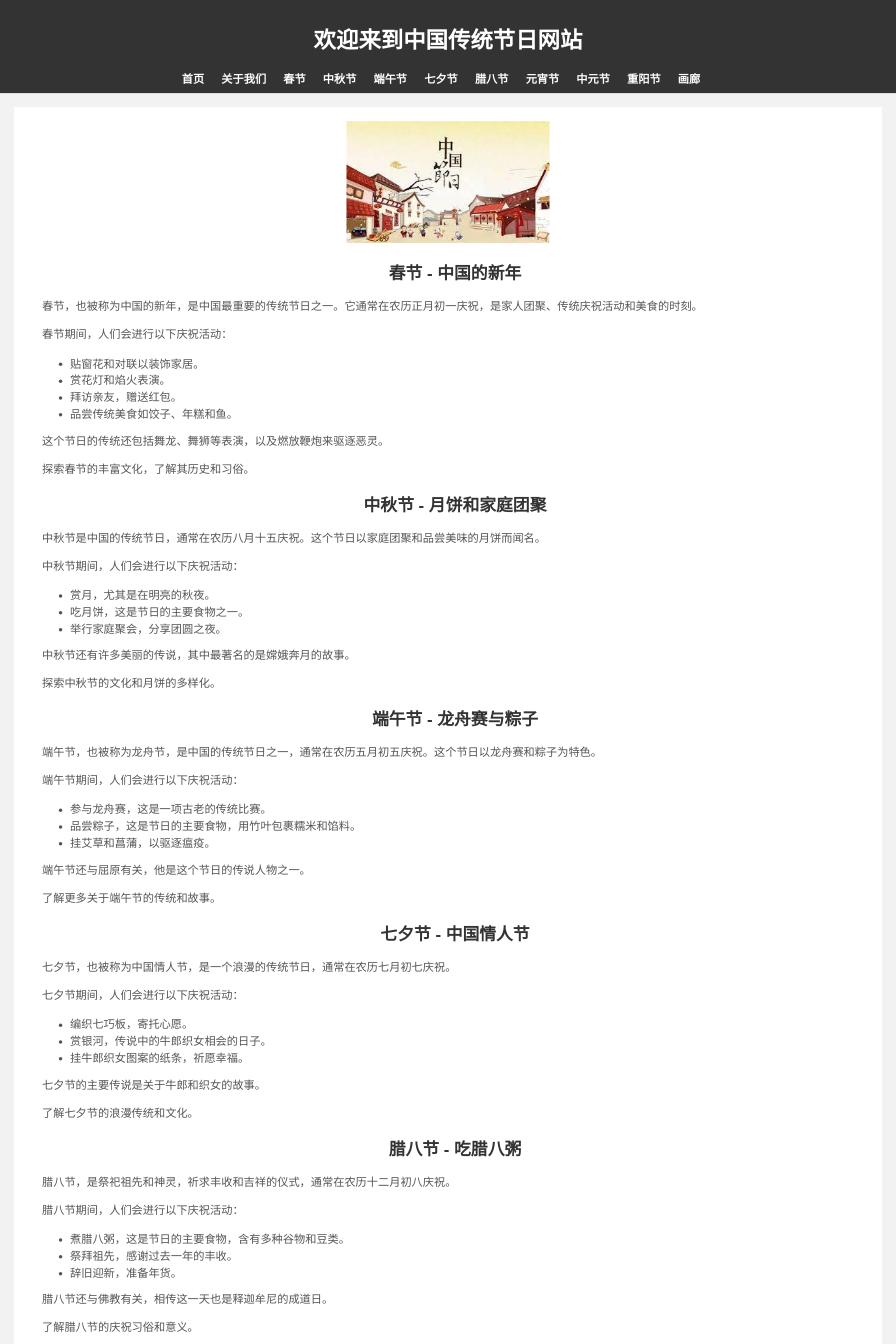
Repository: XueJie1/computer-operation-basics
Page: pages/gallery.html
These files come from the project's save history. The page is drawn as it stood at one moment and after the next save; the edit follows.
The browser window is 1280 px wide. The pictures show the part of the page from y = 0 to 1920 px (the page is 2965 px tall before and 720 px after), at 70% of full size.

Above is the page before, as saved 2023-09-04 17:40:42.

### pages/gallery.html
<!DOCTYPE html>
<html lang="zh-CN">

<head>
    <meta charset="UTF-8">
    <meta name="viewport" content="width=device-width, initial-scale=1.0">
    <title>画廊 —— 中国传统节日</title>
    <link rel="stylesheet" type="text/css" href="../css/styles.css" />
    <script src="https://cdn.bootcdn.net/ajax/libs/jquery/3.6.4/jquery.js"></script>
</head>

<body>
    <header>
        <h1>欢迎来到中国传统节日网站</h1>
        <nav>
            <ul>
                <li><a href="index.html">首页</a></li>
                <li><a href="about.html">关于我们</a></li>
                <li><a href="./springfes/springfestival.html">春节</a></li>
                <li><a href="./midautumn/midautumnfestival.html">中秋节</a></li>
                <li><a href="./dragonboatfes/dragonboatfestival.html">端午节</a></li>
                <li><a href="./qixifes/qixifestival.html">七夕节</a></li>
                <li><a href="./labafes/labafestival.html">腊八节</a></li>
                <li><a href="./lanternfes/lanternfestival.html">元宵节</a></li>
                <li><a href="./hungryghostfes/hungryghostfestival.html">中元节</a></li>
                <li><a href="./doubleninthfes/doubleninthfestival.html">重阳节</a></li>
                <li><a href="#">画廊</a></li>
            </ul>
        </nav>
    </header>
    <main>
        <div class="banner">
            <img src="./img/banner.jpeg">
        </div>
        <section id="spring-festival">
            <h2>春节 - 中国的新年</h2>
            <p>春节，也被称为中国的新年，是中国最重要的传统节日之一。它通常在农历正月初一庆祝，是家人团聚、传统庆祝活动和美食的时刻。</p>
            <p>春节期间，人们会进行以下庆祝活动：</p>
            <ul>
                <li>贴窗花和对联以装饰家居。</li>
                <li>赏花灯和焰火表演。</li>
                <li>拜访亲友，赠送红包。</li>
                <li>品尝传统美食如饺子、年糕和鱼。</li>
            </ul>
            <p>这个节日的传统还包括舞龙、舞狮等表演，以及燃放鞭炮来驱逐恶灵。</p>
            <p>探索春节的丰富文化，了解其历史和习俗。</p>
        </section>

        <section id="mid-autumn-festival">
            <h2>中秋节 - 月饼和家庭团聚</h2>
            <p>中秋节是中国的传统节日，通常在农历八月十五庆祝。这个节日以家庭团聚和品尝美味的月饼而闻名。</p>
            <p>中秋节期间，人们会进行以下庆祝活动：</p>
            <ul>
                <li>赏月，尤其是在明亮的秋夜。</li>
                <li>吃月饼，这是节日的主要食物之一。</li>
                <li>举行家庭聚会，分享团圆之夜。</li>
            </ul>
            <p>中秋节还有许多美丽的传说，其中最著名的是嫦娥奔月的故事。</p>
            <p>探索中秋节的文化和月饼的多样化。</p>
        </section>

        <section id="dragon-boat-festival">
            <h2>端午节 - 龙舟赛与粽子</h2>
            <p>端午节，也被称为龙舟节，是中国的传统节日之一，通常在农历五月初五庆祝。这个节日以龙舟赛和粽子为特色。</p>
            <p>端午节期间，人们会进行以下庆祝活动：</p>
            <ul>
                <li>参与龙舟赛，这是一项古老的传统比赛。</li>
                <li>品尝粽子，这是节日的主要食物，用竹叶包裹糯米和馅料。</li>
                <li>挂艾草和菖蒲，以驱逐瘟疫。</li>
            </ul>
            <p>端午节还与屈原有关，他是这个节日的传说人物之一。</p>
            <p>了解更多关于端午节的传统和故事。</p>
        </section>

        <section id="qixi-festival">
            <h2>七夕节 - 中国情人节</h2>
            <p>七夕节，也被称为中国情人节，是一个浪漫的传统节日，通常在农历七月初七庆祝。</p>
            <p>七夕节期间，人们会进行以下庆祝活动：</p>
            <ul>
                <li>编织七巧板，寄托心愿。</li>
                <li>赏银河，传说中的牛郎织女相会的日子。</li>
                <li>挂牛郎织女图案的纸条，祈愿幸福。</li>
            </ul>
            <p>七夕节的主要传说是关于牛郎和织女的故事。</p>
            <p>了解七夕节的浪漫传统和文化。</p>
        </section>

        <section id="laba-festival">
            <h2>腊八节 - 吃腊八粥</h2>
            <p>腊八节，是祭祀祖先和神灵，祈求丰收和吉祥的仪式，通常在农历十二月初八庆祝。</p>
            <p>腊八节期间，人们会进行以下庆祝活动：</p>
            <ul>
                <li>煮腊八粥，这是节日的主要食物，含有多种谷物和豆类。</li>
                <li>祭拜祖先，感谢过去一年的丰收。</li>
                <li>辞旧迎新，准备年货。</li>
            </ul>
            <p>腊八节还与佛教有关，相传这一天也是释迦牟尼的成道日。</p>
            <p>了解腊八节的庆祝习俗和意义。</p>
        </section>
        <section id="yuanxiao-festival">
            <h2>元宵节 - 灯彩和汤圆的节日</h2>
            <p>元宵节是中国的传统节日，通常在农历正月十五庆祝。这一天标志着春节的结束，人们以各种方式庆祝。</p>
            <p>元宵节期间，人们会进行以下庆祝活动：</p>
            <ul>
                <li>赏花灯，各种精美的灯彩装饰城市和家庭。</li>
                <li>品尝汤圆，这是节日的主要食物，由糯米制成，象征团圆。</li>
                <li>举行游灯游花灯的游行，增添了节日的热闹氛围。</li>
            </ul>
            <p>元宵节还有关于祭月和爱情的传说，其中最著名的是牛郎织女的故事。</p>
            <p>探索元宵节的文化和传统，了解其背后的含义。</p>
        </section>
        <section id="zhongyuan-festival">
            <h2>中元节 - 鬼节和祭祀</h2>
            <p>中元节，又称为鬼节，是中国的传统节日，通常在农历七月十五庆祝。这一天人们祭祀祖先和亡灵，以平抚鬼魂的怨恨。</p>
            <p>中元节期间，人们会进行以下庆祝活动：</p>
            <ul>
                <li>举行祭祀仪式，供奉亡灵和祖先的祭品，以示尊敬和纪念。</li>
                <li>点燃纸钱和纸供品，以供给亡灵在阴间使用。</li>
                <li>观赏传统的戏曲和舞蹈表演，以供娱乐亡灵。</li>
            </ul>
            <p>中元节的传统与对祖先的尊敬和鬼魂的关怀有关，体现了中国文化中的尊敬与敬畏之情。</p>
            <p>了解更多关于中元节的仪式和习俗。</p>
        </section>
        <section id="chongyang-festival">
            <h2>重阳节 - 登高祈寿</h2>
            <p>重阳节是中国的传统节日，通常在农历九月九庆祝。这个节日被视为阳气最旺盛的时候，人们会庆祝生命的长寿和幸福。</p>
            <p>重阳节期间，人们会进行以下庆祝活动：</p>
            <ul>
                <li>登高远足，以迎接秋天的清新空气和祈愿长寿。</li>
                <li>佩戴茱萸和菊花，这些花草寓意祛病延寿。</li>
                <li>享受美食，尤其是吃重阳糕，一种传统的食物。</li>
            </ul>
            <p>重阳节的庆祝方式反映了中国文化中对长寿和健康的渴望。</p>
            <p>探索重阳节的文化和传统，了解其寓意和意义。</p>
        </section>


    </main>


    <footer>
        <p>&copy; 2023 中国传统节日网站</p>
    </footer>
</body>

</html>

### css/styles.css

body {
    font-family: Arial, sans-serif;
    margin: 0;
    padding: 0;
    background-color: #f2f2f2;
}

header , .header{
    background-color: #333;
    color: #fff;
    padding: 10px 0;
}


.header h1, header h1{
    text-align: center;
    text-decoration: none;
    color: #fff;
}

.banner {
    text-align: center;
    width: 100%;
    height: auto;
}

nav ul {
    list-style-type: none;
    margin: 0;
    padding: 0;
    text-align: center;
}

nav ul li {
    display: inline;
    margin-right: 20px;
}

nav ul li a {
    text-decoration: none;
    color: #fff;
    font-weight: bold;
    font-size: 16px;
}

nav ul li a:hover {
    color: #ff9900; /* 鼠标悬停时的颜色 */
}

main {
    margin: 20px 20px 20px 20px;
}

footer p , .footer p{
    color: #fff;
    text-align: center;
    background-color: #333;
    padding-top: 20px;
    padding-bottom: 20px;
}

/* 为网页容器设置样式 */
.container {
    display: flex;
}

/* 侧边栏样式 */
.sidebar {
    flex: 0 0 10%; /* 侧边栏占据25%的宽度 */
    background-color: #333;
    color: #fff;
    padding: 20px;
}

.sidebar ul {
    list-style-type: none;
    padding: 0;
}

.sidebar ul li {
    margin-bottom: 10px;
}

.sidebar ul li a {
    text-decoration: none;
    color: #fff;
    font-weight: bold;
    font-size: 16px;
}

/* 主内容区域样式 */
main {
    flex: 0 0 75%; /* 主内容区域占据75%的宽度 */
    background-color: #fff;
    padding: 20px;
}

/* 标题样式 */
/* h1 {
    font-size: 28px;
    color: #333;
    margin-top: 0;
} */

h2 {
    text-align: center;
    font-size: 24px;
    color: #333;
}

h3 {
    text-align: center;
}

/* 正文样式 */
p {
    font-size: 16px;
    line-height: 1.5;
    color: #555;
}

section {
    margin-left: 20px;
}

.img {
    text-align: center;
}

.img img {
    width: 350px;
    height: auto;
}

main li {
    color: #555;
}

After the next save:
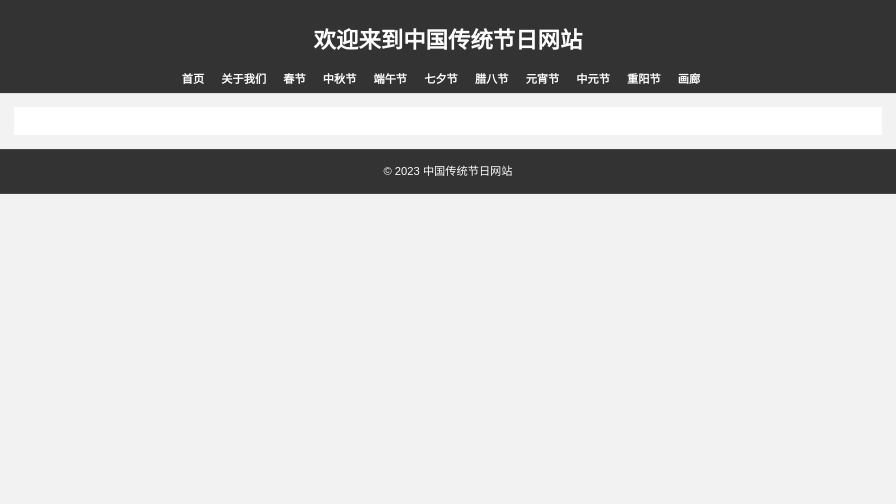
Saved 21 s later.
--- a/pages/gallery.html
+++ b/pages/gallery.html
@@ -29,112 +29,6 @@
         </nav>
     </header>
     <main>
-        <div class="banner">
-            <img src="./img/banner.jpeg">
-        </div>
-        <section id="spring-festival">
-            <h2>春节 - 中国的新年</h2>
-            <p>春节，也被称为中国的新年，是中国最重要的传统节日之一。它通常在农历正月初一庆祝，是家人团聚、传统庆祝活动和美食的时刻。</p>
-            <p>春节期间，人们会进行以下庆祝活动：</p>
-            <ul>
-                <li>贴窗花和对联以装饰家居。</li>
-                <li>赏花灯和焰火表演。</li>
-                <li>拜访亲友，赠送红包。</li>
-                <li>品尝传统美食如饺子、年糕和鱼。</li>
-            </ul>
-            <p>这个节日的传统还包括舞龙、舞狮等表演，以及燃放鞭炮来驱逐恶灵。</p>
-            <p>探索春节的丰富文化，了解其历史和习俗。</p>
-        </section>
-
-        <section id="mid-autumn-festival">
-            <h2>中秋节 - 月饼和家庭团聚</h2>
-            <p>中秋节是中国的传统节日，通常在农历八月十五庆祝。这个节日以家庭团聚和品尝美味的月饼而闻名。</p>
-            <p>中秋节期间，人们会进行以下庆祝活动：</p>
-            <ul>
-                <li>赏月，尤其是在明亮的秋夜。</li>
-                <li>吃月饼，这是节日的主要食物之一。</li>
-                <li>举行家庭聚会，分享团圆之夜。</li>
-            </ul>
-            <p>中秋节还有许多美丽的传说，其中最著名的是嫦娥奔月的故事。</p>
-            <p>探索中秋节的文化和月饼的多样化。</p>
-        </section>
-
-        <section id="dragon-boat-festival">
-            <h2>端午节 - 龙舟赛与粽子</h2>
-            <p>端午节，也被称为龙舟节，是中国的传统节日之一，通常在农历五月初五庆祝。这个节日以龙舟赛和粽子为特色。</p>
-            <p>端午节期间，人们会进行以下庆祝活动：</p>
-            <ul>
-                <li>参与龙舟赛，这是一项古老的传统比赛。</li>
-                <li>品尝粽子，这是节日的主要食物，用竹叶包裹糯米和馅料。</li>
-                <li>挂艾草和菖蒲，以驱逐瘟疫。</li>
-            </ul>
-            <p>端午节还与屈原有关，他是这个节日的传说人物之一。</p>
-            <p>了解更多关于端午节的传统和故事。</p>
-        </section>
-
-        <section id="qixi-festival">
-            <h2>七夕节 - 中国情人节</h2>
-            <p>七夕节，也被称为中国情人节，是一个浪漫的传统节日，通常在农历七月初七庆祝。</p>
-            <p>七夕节期间，人们会进行以下庆祝活动：</p>
-            <ul>
-                <li>编织七巧板，寄托心愿。</li>
-                <li>赏银河，传说中的牛郎织女相会的日子。</li>
-                <li>挂牛郎织女图案的纸条，祈愿幸福。</li>
-            </ul>
-            <p>七夕节的主要传说是关于牛郎和织女的故事。</p>
-            <p>了解七夕节的浪漫传统和文化。</p>
-        </section>
-
-        <section id="laba-festival">
-            <h2>腊八节 - 吃腊八粥</h2>
-            <p>腊八节，是祭祀祖先和神灵，祈求丰收和吉祥的仪式，通常在农历十二月初八庆祝。</p>
-            <p>腊八节期间，人们会进行以下庆祝活动：</p>
-            <ul>
-                <li>煮腊八粥，这是节日的主要食物，含有多种谷物和豆类。</li>
-                <li>祭拜祖先，感谢过去一年的丰收。</li>
-                <li>辞旧迎新，准备年货。</li>
-            </ul>
-            <p>腊八节还与佛教有关，相传这一天也是释迦牟尼的成道日。</p>
-            <p>了解腊八节的庆祝习俗和意义。</p>
-        </section>
-        <section id="yuanxiao-festival">
-            <h2>元宵节 - 灯彩和汤圆的节日</h2>
-            <p>元宵节是中国的传统节日，通常在农历正月十五庆祝。这一天标志着春节的结束，人们以各种方式庆祝。</p>
-            <p>元宵节期间，人们会进行以下庆祝活动：</p>
-            <ul>
-                <li>赏花灯，各种精美的灯彩装饰城市和家庭。</li>
-                <li>品尝汤圆，这是节日的主要食物，由糯米制成，象征团圆。</li>
-                <li>举行游灯游花灯的游行，增添了节日的热闹氛围。</li>
-            </ul>
-            <p>元宵节还有关于祭月和爱情的传说，其中最著名的是牛郎织女的故事。</p>
-            <p>探索元宵节的文化和传统，了解其背后的含义。</p>
-        </section>
-        <section id="zhongyuan-festival">
-            <h2>中元节 - 鬼节和祭祀</h2>
-            <p>中元节，又称为鬼节，是中国的传统节日，通常在农历七月十五庆祝。这一天人们祭祀祖先和亡灵，以平抚鬼魂的怨恨。</p>
-            <p>中元节期间，人们会进行以下庆祝活动：</p>
-            <ul>
-                <li>举行祭祀仪式，供奉亡灵和祖先的祭品，以示尊敬和纪念。</li>
-                <li>点燃纸钱和纸供品，以供给亡灵在阴间使用。</li>
-                <li>观赏传统的戏曲和舞蹈表演，以供娱乐亡灵。</li>
-            </ul>
-            <p>中元节的传统与对祖先的尊敬和鬼魂的关怀有关，体现了中国文化中的尊敬与敬畏之情。</p>
-            <p>了解更多关于中元节的仪式和习俗。</p>
-        </section>
-        <section id="chongyang-festival">
-            <h2>重阳节 - 登高祈寿</h2>
-            <p>重阳节是中国的传统节日，通常在农历九月九庆祝。这个节日被视为阳气最旺盛的时候，人们会庆祝生命的长寿和幸福。</p>
-            <p>重阳节期间，人们会进行以下庆祝活动：</p>
-            <ul>
-                <li>登高远足，以迎接秋天的清新空气和祈愿长寿。</li>
-                <li>佩戴茱萸和菊花，这些花草寓意祛病延寿。</li>
-                <li>享受美食，尤其是吃重阳糕，一种传统的食物。</li>
-            </ul>
-            <p>重阳节的庆祝方式反映了中国文化中对长寿和健康的渴望。</p>
-            <p>探索重阳节的文化和传统，了解其寓意和意义。</p>
-        </section>
-
-
     </main>
 
 
